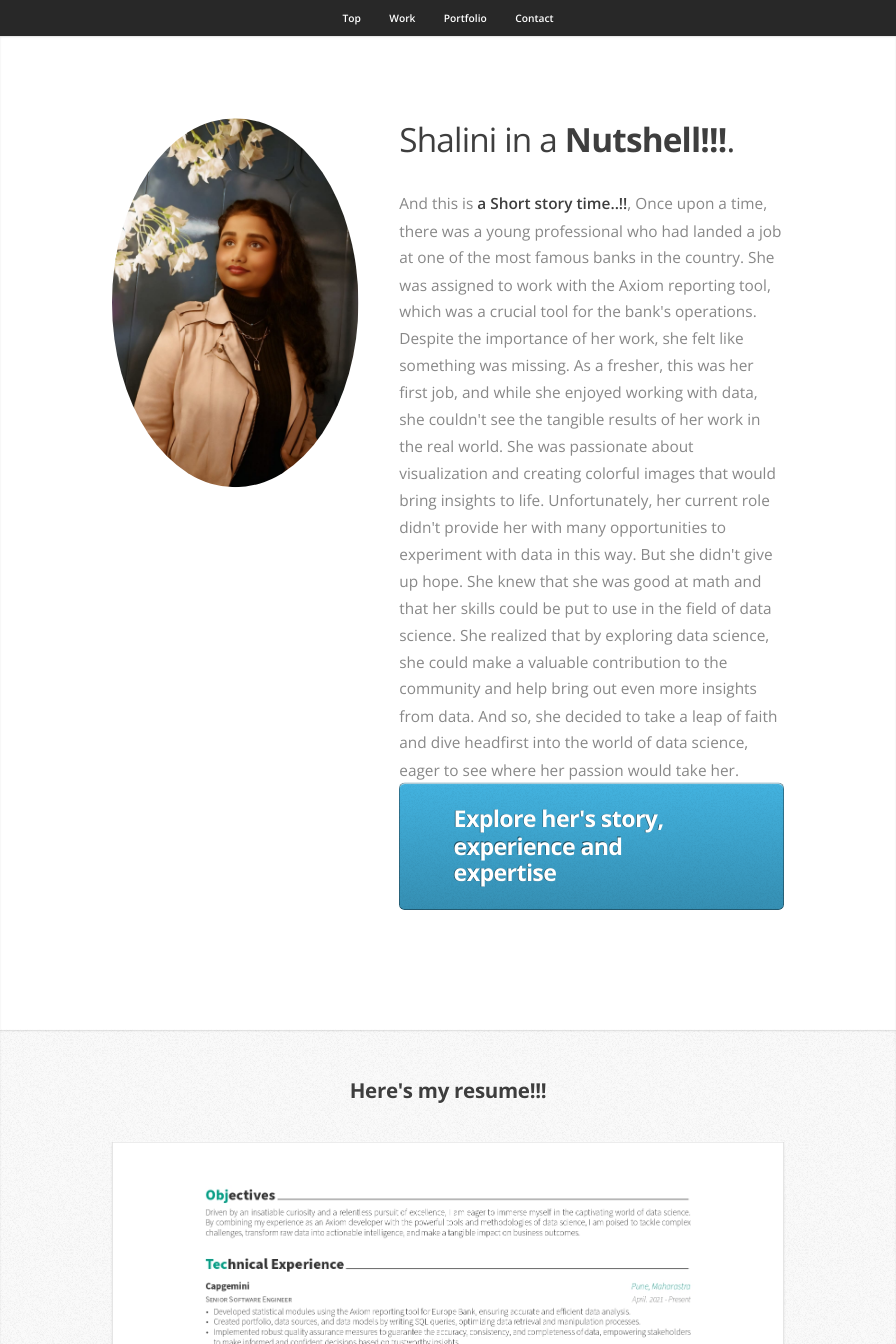
Repository: Shalini-Nanda-ds/Shalini-s-portfolio
Page: index.html
These files come from the project's save history. The page is drawn as it stood at one moment and after the next save; the edit follows.
The browser window is 1280 px wide. The pictures show the part of the page from y = 0 to 1920 px (the page is 4530 px tall), at 70% of full size.

Above is the page before, as saved 2025-03-21 11:28:29.

### index.html
<!DOCTYPE HTML>
<!--
	Miniport by HTML5 UP
	html5up.net | @ajlkn
	Free for personal and commercial use under the CCA 3.0 license (html5up.net/license)
-->
<html>
	<head>
		<title>Shalini's Portfolio</title>
		<meta charset="utf-8" />
		<meta name="viewport" content="width=device-width, initial-scale=1, user-scalable=no" />
		<link rel="stylesheet" href="assets/css/main.css" />
	</head>
	<body class="is-preload">

		<!-- Nav -->
			<nav id="nav">
				<ul class="container">
					<li><a href="#top">Top</a></li>
					<li><a href="#work">Work</a></li>
					<li><a href="#portfolio">Portfolio</a></li>
					<li><a href="#contact">Contact</a></li>
				</ul>
			</nav>

		<!-- Home -->
			<article id="top" class="wrapper style1">
				<div class="container">
					<div class="row">
						<div class="col-4 col-5-large col-12-medium">
							<span class="image fit"><img src="images\portfolio_2.jpeg" alt="" /></span>
						</div>
						<div class="col-8 col-7-large col-12-medium">
							<header>
								<h1>Shalini in a <strong>Nutshell!!!</strong>.</h1>
							</header>
							<p>And this is <strong>a Short story time..!!</strong>,
								Once upon a time, there was a young professional who had landed a job at one of the most famous banks in the country. She was assigned to work with the Axiom reporting tool, which was a crucial tool for the bank's operations. Despite the importance of her work, she felt like something was missing.

		As a fresher, this was her first job, and while she enjoyed working with data, she couldn't see the tangible results of her work in the real world. She was passionate about visualization and creating colorful images that would bring insights to life. Unfortunately, her current role didn't provide her with many opportunities to experiment with data in this way.

		But she didn't give up hope. She knew that she was good at math and that her skills could be put to use in the field of data science. She realized that by exploring data science, she could make a valuable contribution to the community and help bring out even more insights from data. And so, she decided to take a leap of faith and dive headfirst into the world of data science, eager to see where her passion would take her.
							<a href="#work" class="button large scrolly">Explore her's story, experience and expertise</a>
						</div>
					</div>
				</div>
			</article>
<!-- Work -->
<article id="work" class="wrapper style2">
	<div class="container">
		<header>
			<h2>Here's my resume!!!</h2>
		</header>
		<div class="row aln-center">
			<div class="col-12">
				<section class="box style1">
					<div class="resume-wrapper">
						<a href="images\Final_one.pdf" download>
							<img src="images\Final_one_page-0001.jpg" alt="Resume Preview" class="resume-image">
						</a>
					</div>
				</section>
			</div>
		</div>
		<div class="row aln-center">
			<div class="col-12">
				<footer class="align-center">
					<!-- Removed the "Download Resume" button -->
					<a href="#portfolio" class="button small scrolly">See some of my recent work</a>
				</footer>
			</div>
		</div>
	</div>
</article>




		<style>
			.resume-wrapper {
				width: 100%;
				max-width: 800px; /* Set your desired maximum width here */
				margin: 0 auto; /* Center the resume image horizontally */
				overflow: hidden;
				padding-bottom: 100%;
				position: relative;
			}

			.resume-image {
				position: absolute;
				top: 0;
				left: 0;
				width: 100%;
				height: 100%;
				object-fit: cover;
			}

			.align-center {
				text-align: center;
				margin-top: 2em;
			}

			.align-center .button {
				margin-top: 1em;
			}
		</style>



		<!-- Portfolio -->
		<article id="portfolio" class="wrapper style3">
			<div class="container">
				<header>
					<h2>Here’s some stuff I made recently.</h2>
					<!-- <p>Proin odio consequat sapien vestibulum consequat lorem dolore feugiat.</p> -->
				</header>
				<div class="row">
					<div class="col-4 col-6-medium col-12-small">
						<article class="box style2">
							<a href="https://github.com/Shalini-Nanda-ds/Movie-Recommendation-System" class="image featured" target="_blank"><img src="images\Movie_recommend.webp" alt="Movie Recommendation System" /></a>
							<h3><a href="https://github.com/Shalini-Nanda-ds/Movie-Recommendation-System" target="_blank">Movie Recommendation System</a></h3>
							<!-- <p>Ornare nulla proin odio consequat.</p> -->
						</article>
					</div>
					<div class="col-4 col-6-medium col-12-small">
						<article class="box style2">
							<a href="https://github.com/Shalini-Nanda-ds/Laptop-Price-Predictor" class="image featured" target="_blank"><img src="images/Laptop_price.webp" alt="Laptop Price Predictor" /></a>
							<h3><a href="https://github.com/Shalini-Nanda-ds/Laptop-Price-Predictor" target="_blank">Laptop Price Predictor</a></h3>
							<!-- <p>Ornare nulla proin odio consequat.</p> -->
							</article>
					</div>

					<div class="col-4 col-6-medium col-12-small">
						<article class="box style2">
							<a href="https://github.com/Shalini-Nanda-ds/Customer-Churn-Prediction" class="image featured" target="_blank"><img src="images\Customer_churn.webp" alt="Customer Churn Prediction" /></a>
							<h3><a href="https://github.com/Shalini-Nanda-ds/Customer-Churn-Prediction" target="_blank">Customer Churn Prediction</a></h3>
							<!-- <p>Ornare nulla proin odio consequat.</p> -->
							</article>
					</div>
					<div class="col-4 col-6-medium col-12-small">
						<article class="box style2">
							<a href="https://github.com/Shalini-Nanda-ds/Python-Portfolio" class="image featured" target="_blank"><img src="images/Python_preview.webp" alt="Python Portfolio" /></a>
							<h3><a href="https://github.com/Shalini-Nanda-ds/Python-Portfolio" target="_blank">Python Portfolio</a></h3>
							<!-- <p>Ornare nulla proin odio consequat.</p> -->
							</article>
					</div>
					<div class="col-4 col-6-medium col-12-small">
						<article class="box style2">
							<a href="https://github.com/Shalini-Nanda-ds/SQL-Portfolio" class="image featured" target="_blank"><img src="images\SQL_preview.webp" alt="SQL Portfolio" /></a>
							<h3><a href="https://github.com/Shalini-Nanda-ds/SQL-Portfolio" target="_blank">SQL Portfolio</a></h3>
							<!-- <p>Ornare nulla proin odio consequat.</p> -->
							</article>
					</div>
					<div class="col-4 col-6-medium col-12-small">
						<article class="box style2">
							<a href="https://github.com/Shalini-Nanda-ds/Student_Performance_.git" class="image featured" target="_blank"><img src="images\Student_perform.webp" alt="Student Performance" /></a>
							<h3><a href="https://github.com/Shalini-Nanda-ds/Student_Performance_.git" target="_blank">Student Performance</a></h3>
							<!-- <p>Ornare nulla proin odio consequat.</p> -->
							</article>
					</div>
					<div class="col-4 col-6-medium col-12-small">
						<article class="box style2">
							<a href="https://github.com/Shalini-Nanda-ds/Ecommerce_dashboard.git" class="image featured" target="_blank"><img src="images\e_commerce_preview.webp" alt="Ecommerce dashboard" /></a>
							<h3><a href="https://github.com/Shalini-Nanda-ds/Ecommerce_dashboard.git" target="_blank">Ecommerce Dashboard 📈💰📊</a></h3>
							<!-- <p>Ornare nulla proin odio consequat.</p> -->
							</article>
					</div>
					<div class="col-4 col-6-medium col-12-small">
						<article class="box style2">
							<a href="https://github.com/Shalini-Nanda-ds/HR_Analytics_Dashboard.git" class="image featured" target="_blank"><img src="images\HR_report_preview.webp" alt="HR Analytics Report" /></a>
							<h3><a href="https://github.com/Shalini-Nanda-ds/HR_Analytics_Dashboard.git" target="_blank">HR Analytics Report 🧑🏻‍💻👩🏻📈</a></h3>
							<!-- <p>Ornare nulla proin odio consequat.</p> -->
							</article>
					</div>

				</div>
				<footer class="align-center">
					<!-- <p>Lorem ipsum dolor sit sapien vestibulum ipsum primis?</p> -->
					<a href="#contact" class="button large scrolly">Get in touch with me</a>
				</footer>
			</div>
		</article>


		<!-- Contact -->
		<article id="contact" class="wrapper style4">
			<div class="container medium">
				<div class="row">
					<div class="col-12">
						<hr />
						<h3>Find me on ...</h3>
						<ul class="social">
							<li><a href="https://www.linkedin.com/in/shnanda-ds/" target="_blank" class="icon brands fa-linkedin-in"><span class="label">LinkedIn</span></a></li>
							<li><a href="mailto:shnanda.datascientist07@gmail.com" target="_blank" class="icon solid fa-envelope"><span class="label">Email</span></a></li>
							<li><a href="https://github.com/Shalini-Nanda-ds" target="_blank" class="icon brands fa-github"><span class="label">Github</span></a></li>
							<li><a href="https://datataleswithshalini.blogspot.com" target="_blank" class="icon brands fa-blogger"><span class="label">Blogger</span></a></li>
							<li><a href="tel:+91 9123102656" target="_blank" class="icon solid fa-phone"><span class="label">Phone</span></a></li>
						</ul>
						<hr />
					</div>

				<!-- </div>
				<footer>
					<ul id="copyright">
						<li>&copy; Untitled. All rights reserved.</li>
						<li>Design: <a href="http://html5up.net">HTML5 UP</a></li>
					</ul>
				</footer>
			</div> -->
		</article>

						<!-- <div class="col-12">
							<hr />
							<h3>Find me on ...</h3>
							<ul class="social">
								<li><a href="#" class="icon brands fa-twitter"><span class="label">Twitter</span></a></li>
								<li><a href="#" class="icon brands fa-facebook-f"><span class="label">Facebook</span></a></li>
								<li><a href="#" class="icon brands fa-dribbble"><span class="label">Dribbble</span></a></li>
								<li><a href="#" class="icon brands fa-linkedin-in"><span class="label">LinkedIn</span></a></li>
								<li><a href="#" class="icon brands fa-tumblr"><span class="label">Tumblr</span></a></li>
								<li><a href="#" class="icon brands fa-google-plus"><span class="label">Google+</span></a></li>
								<li><a href="#" class="icon brands fa-github"><span class="label">Github</span></a></li>

								<li><a href="#" class="icon solid fa-rss"><span>RSS</span></a></li>
								<li><a href="#" class="icon brands fa-instagram"><span>Instagram</span></a></li>
								<li><a href="#" class="icon brands fa-foursquare"><span>Foursquare</span></a></li>
								<li><a href="#" class="icon brands fa-skype"><span>Skype</span></a></li>
								<li><a href="#" class="icon brands fa-soundcloud"><span>Soundcloud</span></a></li>
								<li><a href="#" class="icon brands fa-youtube"><span>YouTube</span></a></li>
								<li><a href="#" class="icon brands fa-blogger"><span>Blogger</span></a></li>
								<li><a href="#" class="icon brands fa-flickr"><span>Flickr</span></a></li>
								<li><a href="#" class="icon brands fa-vimeo"><span>Vimeo</span></a></li>
								-->
							<!-- </ul>
							<hr />
						</div>
					</div>
					<footer>
						<ul id="copyright">
							<li>&copy; Untitled. All rights reserved.</li><li>Design: <a href="http://html5up.net"></a></li>
						</ul>
					</footer>
				</div>
			</article>   -->

		<!-- Scripts -->
			<script src="assets/js/jquery.min.js"></script>
			<script src="assets/js/jquery.scrolly.min.js"></script>
			<script src="assets/js/browser.min.js"></script>
			<script src="assets/js/breakpoints.min.js"></script>
			<script src="assets/js/util.js"></script>
			<script src="assets/js/main.js"></script>

	</body>
</html>

Loaded but not shown: assets/css/fontawesome-all.min.css (library); assets/js/jquery.min.js (library); assets/js/jquery.scrolly.min.js (common file); assets/js/browser.min.js (common file); assets/js/breakpoints.min.js (common file); assets/js/util.js (587 lines, source omitted); assets/js/main.js (34 lines, source omitted); assets/css/main.css (2445 lines, source omitted)

After the next save:
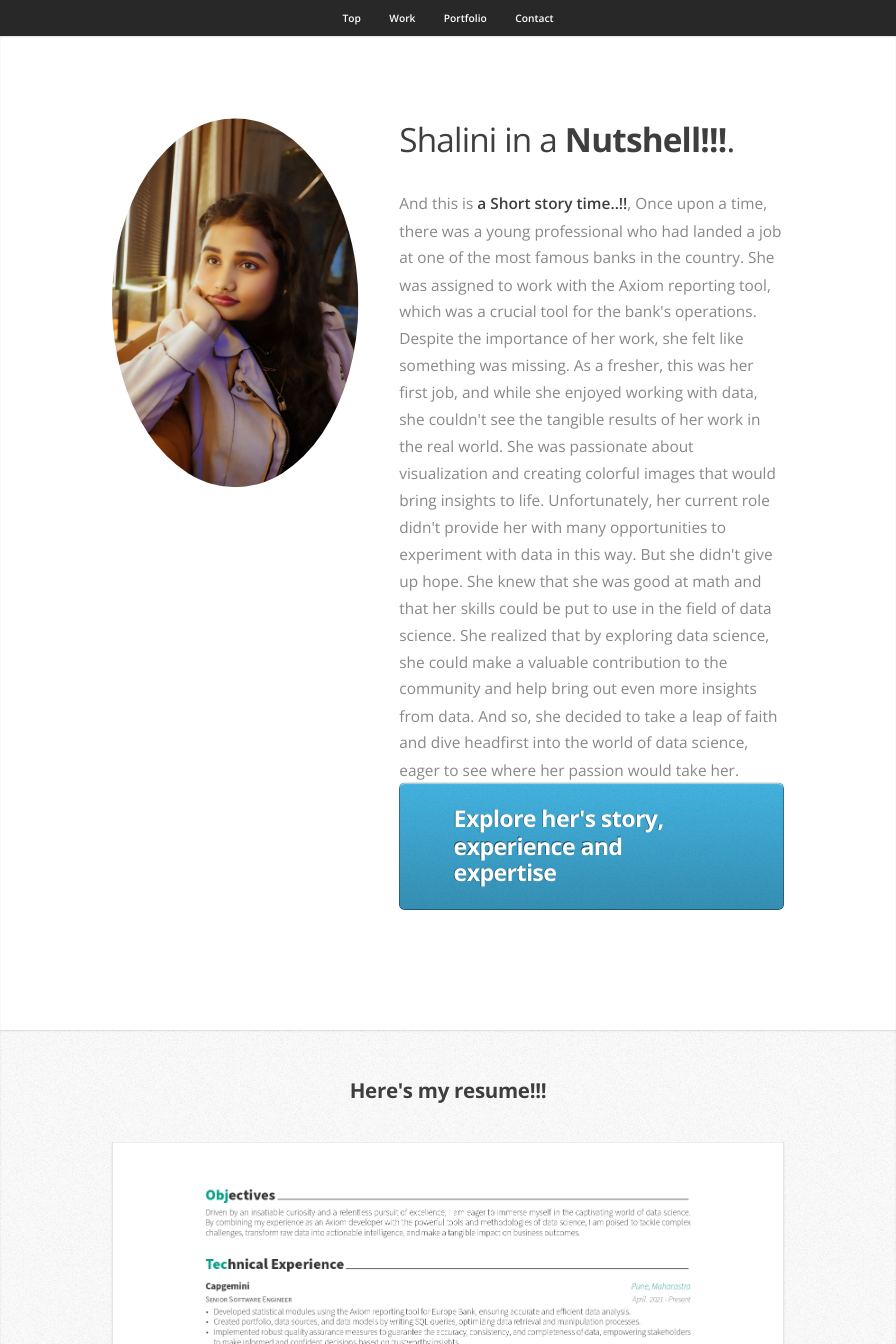
Saved 31 s later.
--- a/index.html
+++ b/index.html
@@ -28,7 +28,7 @@
 				<div class="container">
 					<div class="row">
 						<div class="col-4 col-5-large col-12-medium">
-							<span class="image fit"><img src="images\portfolio_2.jpeg" alt="" /></span>
+							<span class="image fit"><img src="images\portfolio_3.jpeg" alt="" /></span>
 						</div>
 						<div class="col-8 col-7-large col-12-medium">
 							<header>
